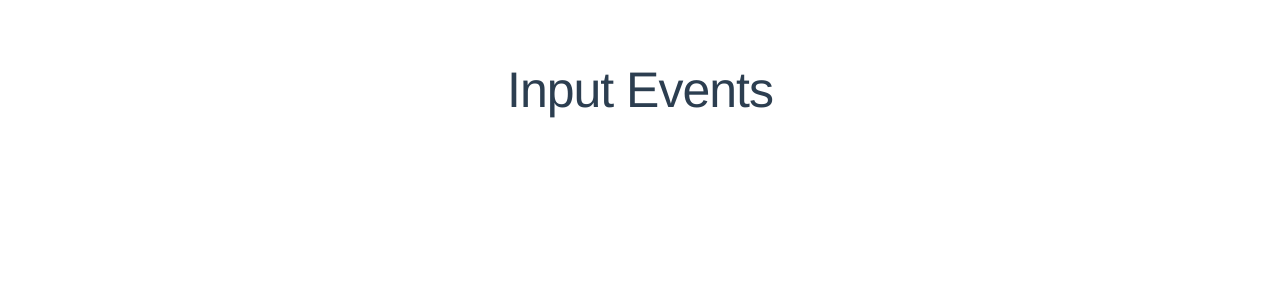
Repository: chsvk/Vue-JS-Course
Page: /
An editor plug-in stored every save of this project. The page is shown before and after the next save, followed by the edit.
The browser window is 1280 px wide. The pictures show the whole page.
The project was rebuilt for these pictures with package versions that can differ from the ones it lists, and the page was loaded fresh each time. Also part of the build but not shown: src/components/HelloWorld.vue.

Above is the page before, as saved 2019-03-11 22:36:37.

### public/index.html
<!DOCTYPE html>
<html lang="en">
  <head>
    <meta charset="utf-8">
    <meta http-equiv="X-UA-Compatible" content="IE=edge">
    <meta name="viewport" content="width=device-width,initial-scale=1.0">
    <link rel="icon" href="<%= BASE_URL %>favicon.ico">
    <link rel="stylesheet" href="https://cdnjs.cloudflare.com/ajax/libs/skeleton/2.0.4/skeleton.min.css">
    <title>testproject</title>
  </head>
  <body>
    <noscript>
      <strong>We're sorry but testproject doesn't work properly without JavaScript enabled. Please enable it to continue.</strong>
    </noscript>
    <div id="app"></div>
    <!-- built files will be auto injected -->
  </body>
</html>

### src/App.vue
<template>
  <div id="app">
   <h1>Input Events</h1>
  </div>
</template>

<script>
import HelloWorld from './components/HelloWorld.vue'

export default {
  name: 'app',
  data(){
    return{

    }
  },

}
</script>

<style lang="scss">
#app {
  font-family: 'Avenir', Helvetica, Arial, sans-serif;
  -webkit-font-smoothing: antialiased;
  -moz-osx-font-smoothing: grayscale;
  text-align: center;
  color: #2c3e50;
  margin-top: 60px;
}
</style>

Loaded but not shown: src/main.js (common file)

After the next save:
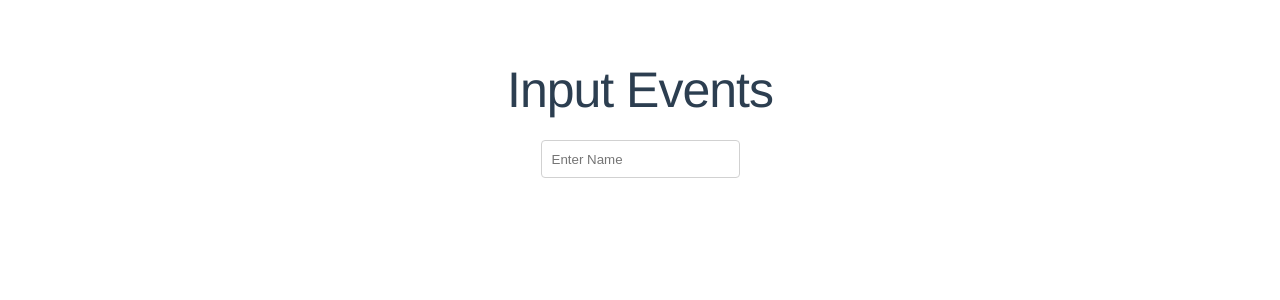
Saved 88 s later.
--- a/src/App.vue
+++ b/src/App.vue
@@ -1,6 +1,7 @@
 <template>
   <div id="app">
    <h1>Input Events</h1>
+   <input type="text" v-on:blur="blur()" placeholder="Enter Name">
   </div>
 </template>
 
@@ -14,6 +15,11 @@
 
     }
   },
+  methods: {
+    blur(){
+      alert('Clicked Off input field')
+    }
+  }
 
 }
 </script>
